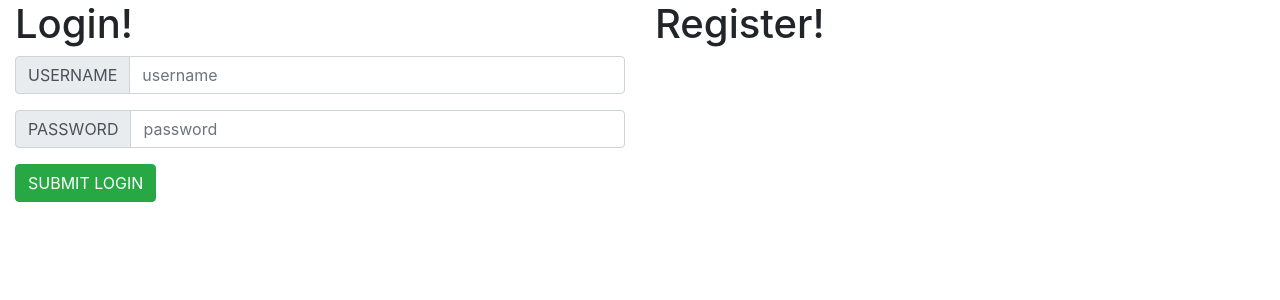
Repository: 191118javaExt/project-1-avrildouglas
Page: project-1/src/main/webapp/index.html
An editor plug-in stored every save of this project. The page is shown before and after the next save, followed by the edit.
The browser window is 1280 px wide. The pictures show the whole page.

Above is the page before, as saved 2020-01-03 13:32:15.

After the next save:
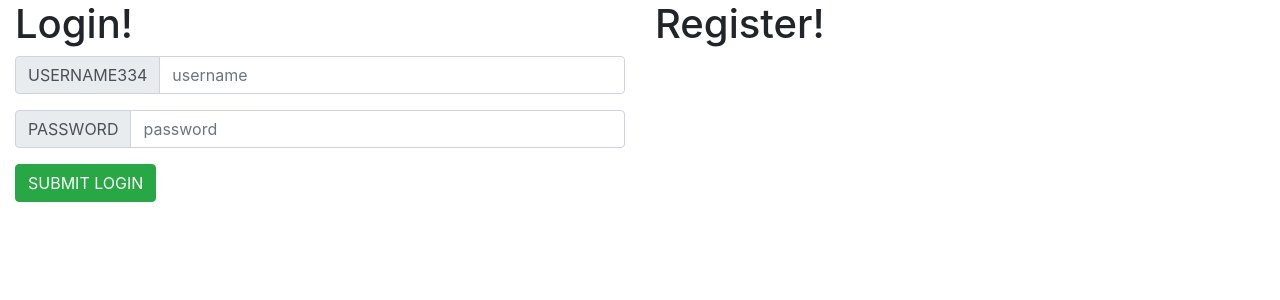
Saved 79 min 33 s later.
--- a/project-1/src/main/webapp/index.html
+++ b/project-1/src/main/webapp/index.html
@@ -18,7 +18,7 @@
 				<form name="loginForm" onSubmit="sendLogin(event.preventDefault())">
 					<div class="input-group mb-3">
 						<div class="input-group-prepend">
-							<span class="input-group-text">USERNAME</span>
+							<span class="input-group-text">USERNAME334</span>
 						</div>
 						<input type="text" class="form-control" placeholder="username" name="username" required>
 					</div>

After the save that followed:
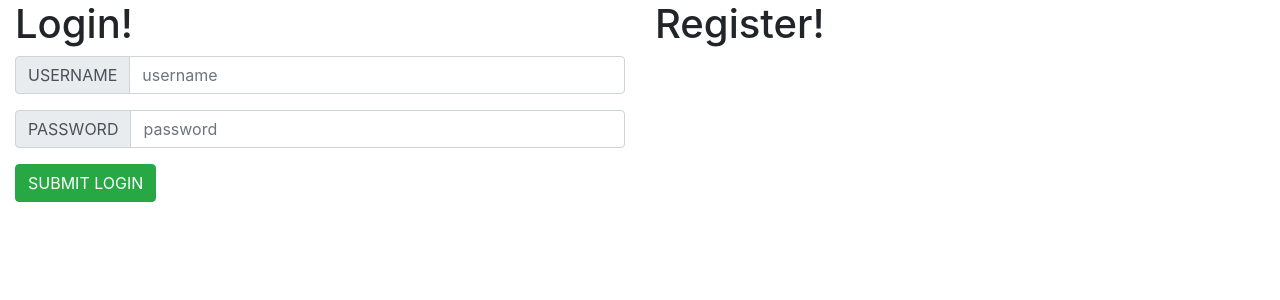
Saved 94 s later.
--- a/project-1/src/main/webapp/index.html
+++ b/project-1/src/main/webapp/index.html
@@ -18,7 +18,7 @@
 				<form name="loginForm" onSubmit="sendLogin(event.preventDefault())">
 					<div class="input-group mb-3">
 						<div class="input-group-prepend">
-							<span class="input-group-text">USERNAME334</span>
+							<span class="input-group-text">USERNAME</span>
 						</div>
 						<input type="text" class="form-control" placeholder="username" name="username" required>
 					</div>
